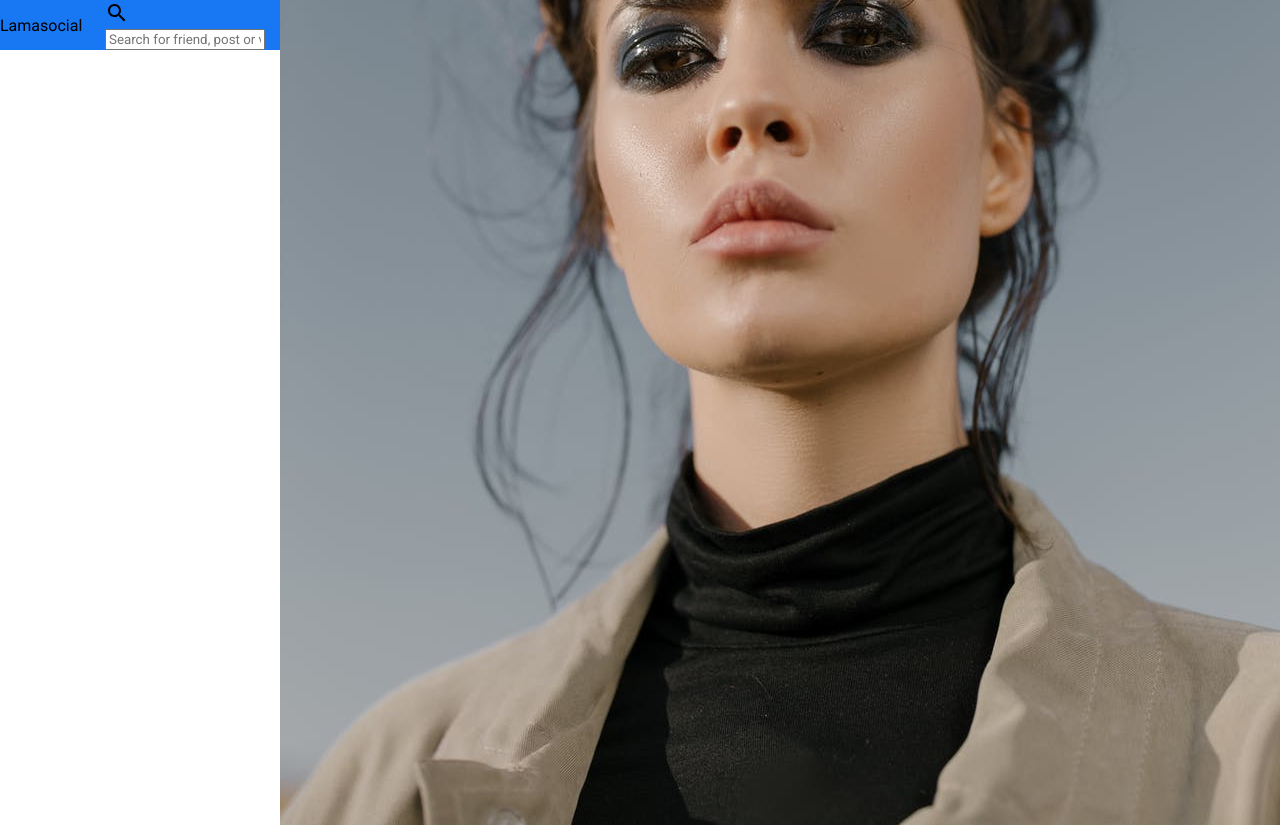
Repository: nazlinres01/react-social
Page: / (app in client/)
An editor plug-in stored every save of this project. The page is shown before and after the next save, followed by the edit.
The browser window is 1280 px wide. The pictures show the whole page.
The project was rebuilt for these pictures with package versions that can differ from the ones it lists, and the page was loaded fresh each time.

Above is the page before, as saved 2024-06-07 21:29:03.

After the next save:
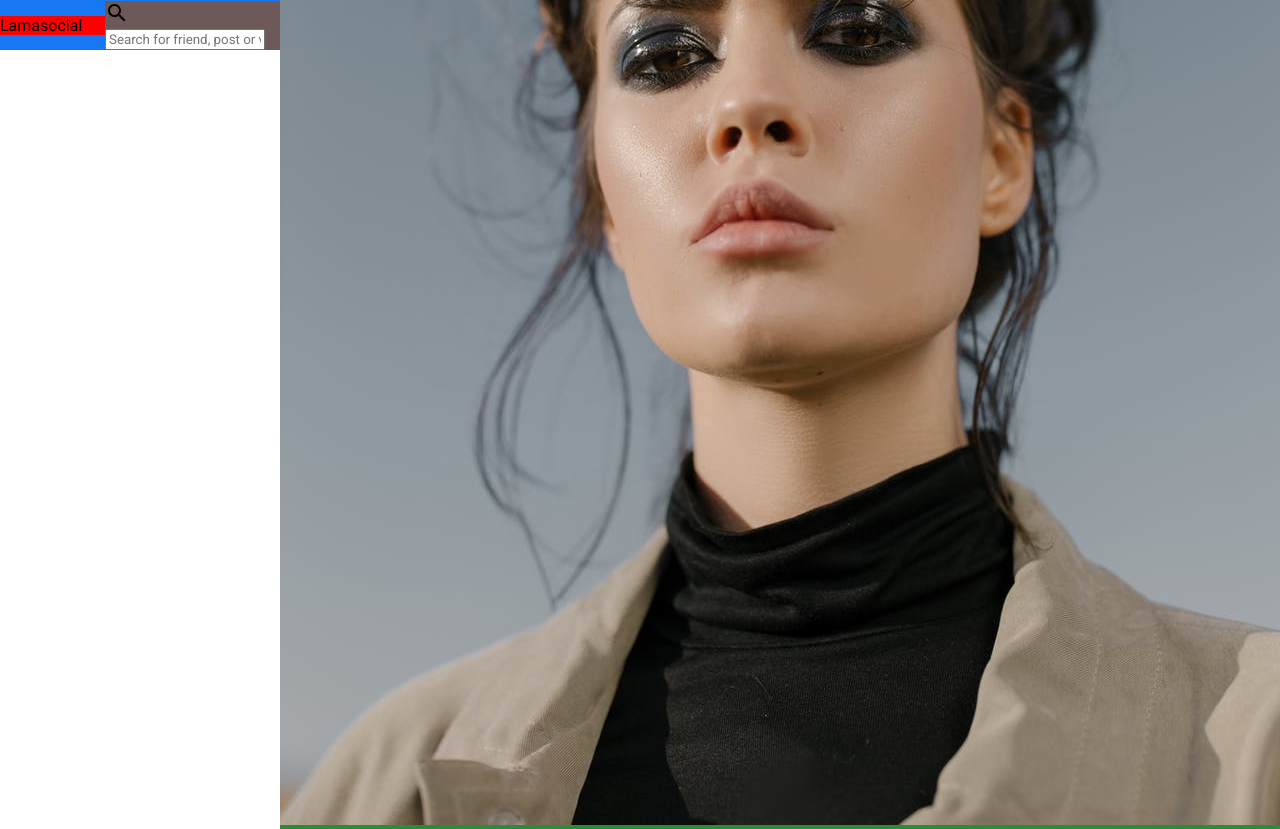
Saved 3 min 11 s later.
--- a/client/src/components/topbar/topbar.css
+++ b/client/src/components/topbar/topbar.css
@@ -10,12 +10,15 @@
 
 .topbarLeft {
     flex: 3;
+    background-color: red;
 }
 
 .topbarCenter {
     flex: 5;
+    background-color: rgb(110, 89, 89);
 }
 
 .topbarRight {
     flex: 4;
+    background-color: rgb(43, 139, 55);
 }
